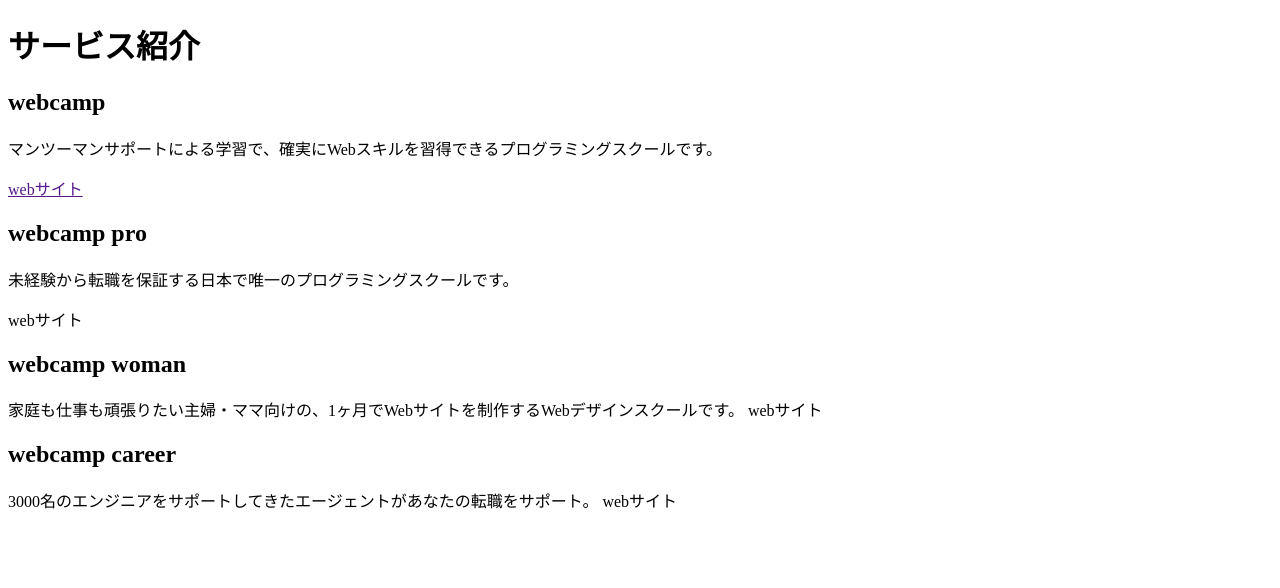
Repository: sutanuki/webcamp
Page: html,css/c2/index.html
The author's editor kept a record of every edit. The page is drawn from the files as they stood at one moment, then again after the next edit.
The browser window is 1280 px wide. The pictures show the whole page.

Above is the page before.

After the next edit:
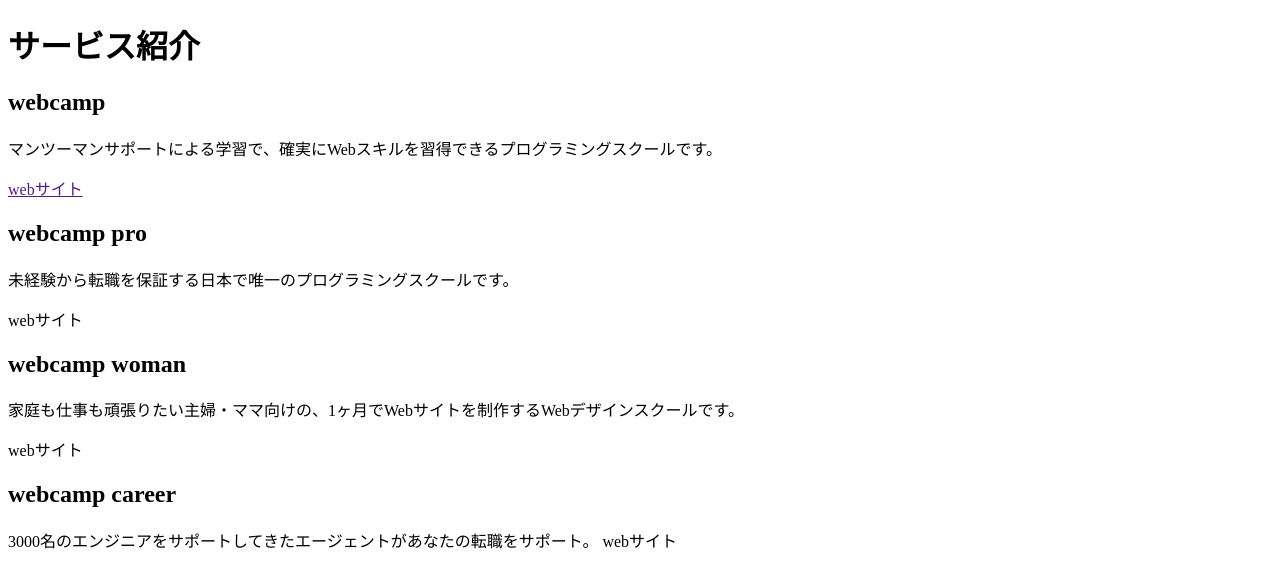
The edit:
--- a/html,css/c2/index.html
+++ b/html,css/c2/index.html
@@ -13,7 +13,7 @@
         <p>未経験から転職を保証する日本で唯一のプログラミングスクールです。</p>
         webサイト
       <h2>webcamp woman</h2>
-        <p>家庭も仕事も頑張りたい主婦・ママ向けの、1ヶ月でWebサイトを制作するWebデザインスクールです。
+        <p>家庭も仕事も頑張りたい主婦・ママ向けの、1ヶ月でWebサイトを制作するWebデザインスクールです。</p>
         webサイト
       <h2>webcamp career</h2>
         <p>3000名のエンジニアをサポートしてきたエージェントがあなたの転職をサポート。
